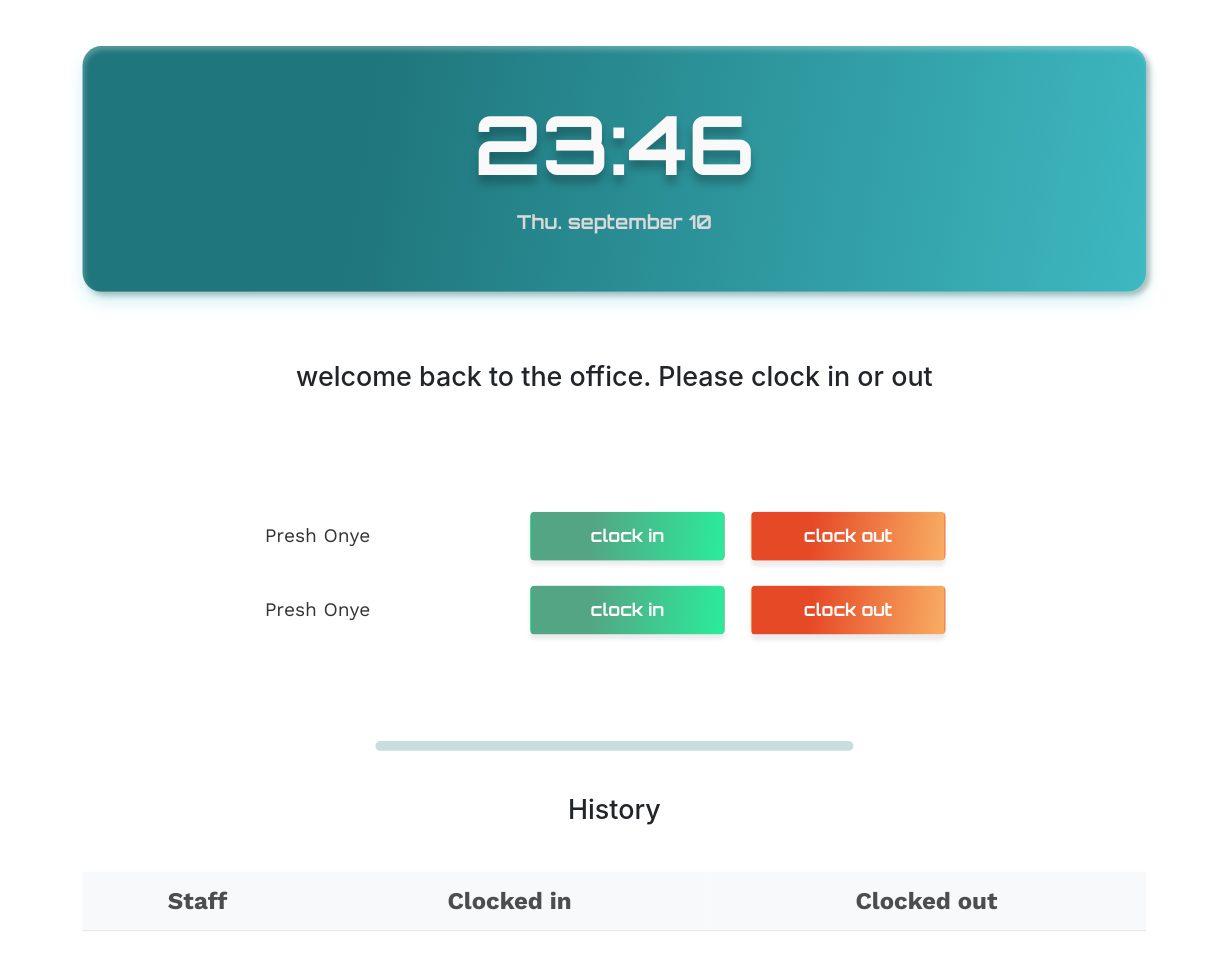
Repository: giprim/clocker
Page: /
These files come from the project's save history. The page is drawn as it stood at one moment and after the next save; the edit follows.
The browser window is 1280 px wide. The pictures show the whole page, at 96% of full size.
The project was rebuilt for these pictures with package versions that can differ from the ones it lists, and the page was loaded fresh each time.

Above is the page before, as saved 2020-09-11 13:03:14.

After the next save:
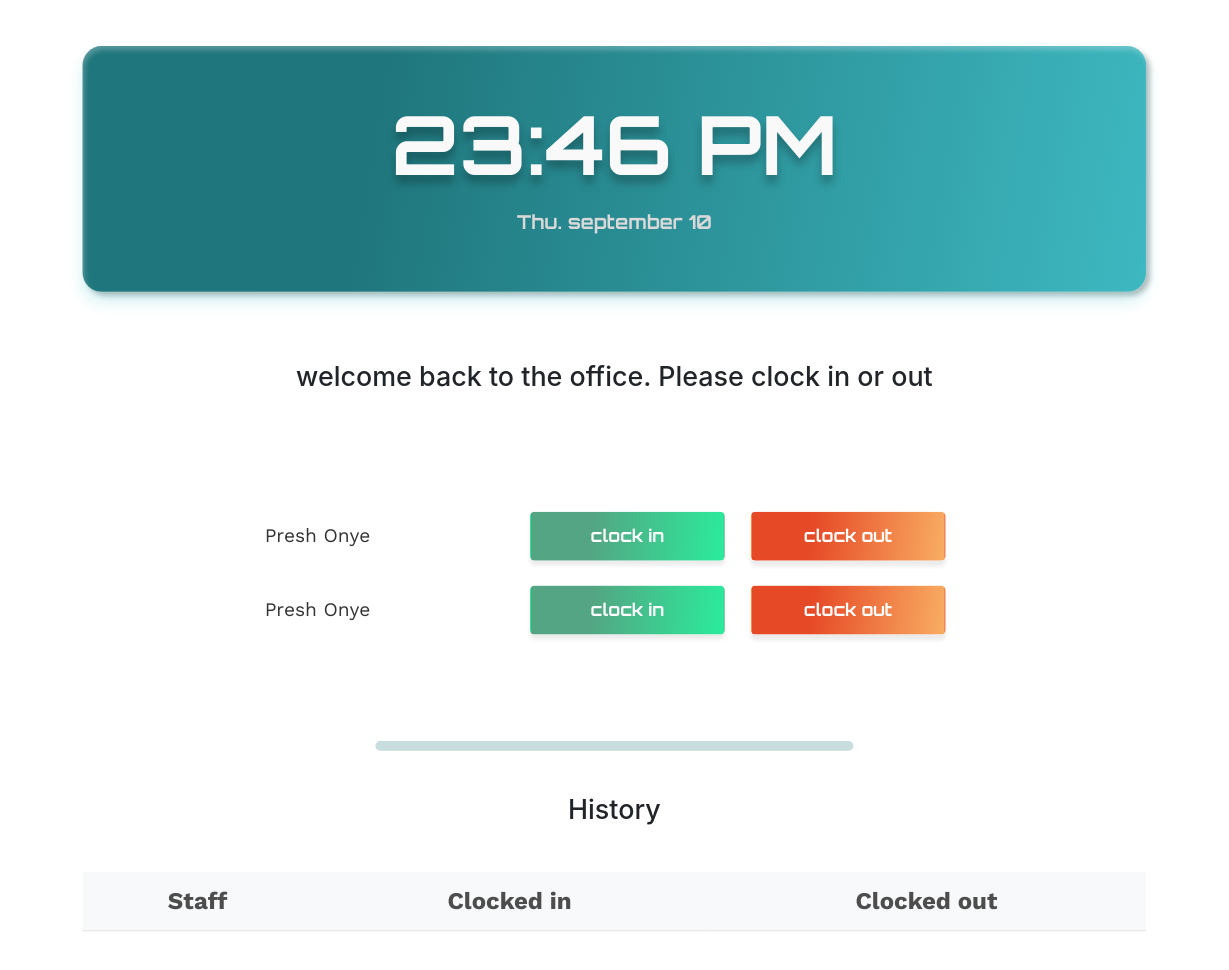
Saved 2 min 24 s later.
--- a/src/App.tsx
+++ b/src/App.tsx
@@ -7,7 +7,7 @@ function App() {
     let hour = date.getHours() < 10 ? '0' + date.getHours() : date.getHours();
     let minute =
       date.getMinutes() < 10 ? '0' + date.getMinutes() : date.getMinutes();
-    return `${hour}:${minute}`;
+    return `${hour}:${minute} ${hour > 12 ? 'PM' : 'AM'}`;
   };
 
   console.log(currentTime());
